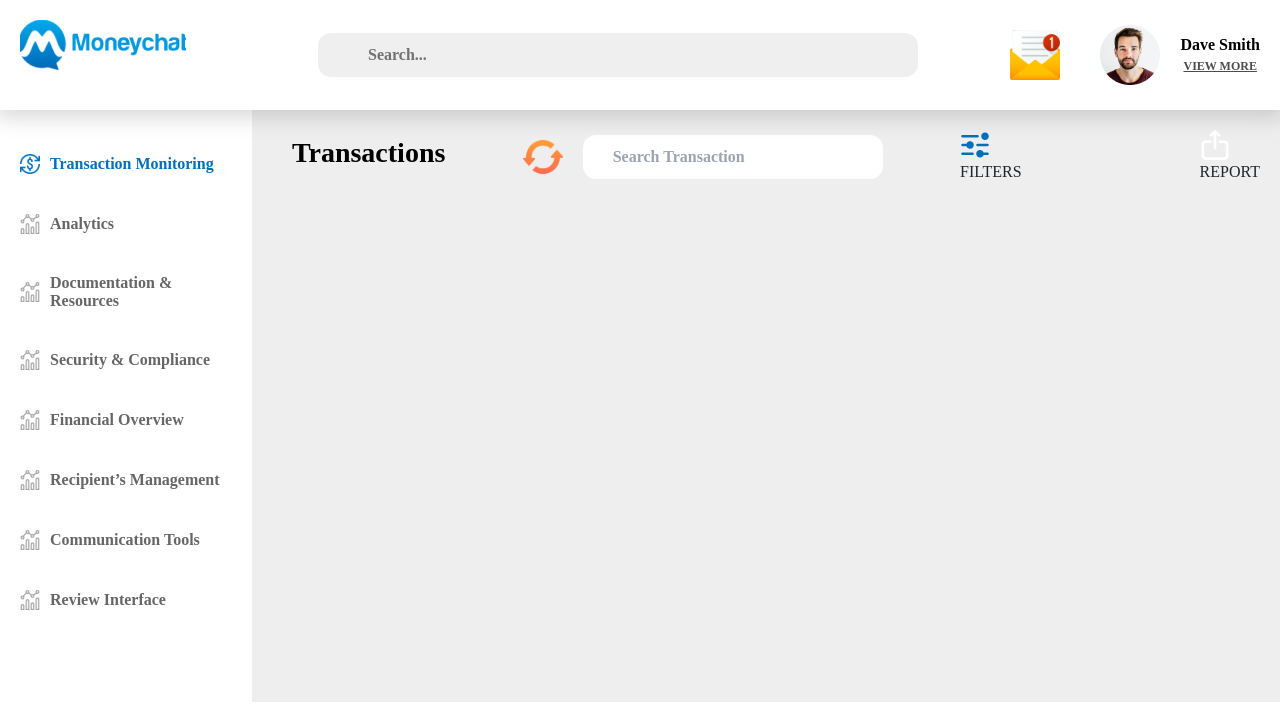
Repository: FlyweisReact/Money-Chat
Page: /transaction
An editor plug-in stored every save of this project. The page is shown before and after the next save, followed by the edit.
The browser window is 1280 px wide. The pictures show the whole page.
The project was rebuilt for these pictures with package versions that can differ from the ones it lists, and the page was loaded fresh each time. Also part of the build but not shown: src/forms/ForgetPassword.js, src/forms/Login.jsx, src/forms/NeedHelp.js, src/forms/Regestration.js, src/forms/Verify.js.

Above is the page before, as saved 2023-11-30 15:35:45.

### src/index.js
import React from "react";
import ReactDOM from "react-dom/client";
import "./index.css";
import App from "./App";
import { BrowserRouter } from "react-router-dom";
import 'bootstrap/dist/css/bootstrap.min.css'
// Commit Changes
const root = ReactDOM.createRoot(document.getElementById("root"));
root.render(
  <React.StrictMode>
    <BrowserRouter>
      <App />
    </BrowserRouter>
  </React.StrictMode>
);

### src/CSS/style.css
/** @format */

.Login_screen {
  background: linear-gradient(
      0deg,
      rgba(238, 238, 238, 0.2) 0%,
      rgba(238, 238, 238, 0.2) 100%
    ),
    #fff;
  display: flex;
  flex-direction: column;
  justify-content: center;
  align-items: center;
  width: 100%;
  height: 100vh;
}
.Login_screen .Login_Container {
  max-width: 667px;
  max-height: 785px;
  width: 100%;
  height: 100%;
  border-radius: 13px;
  background: #fff;
  box-shadow: 0px 10px 30px 3px rgba(0, 0, 0, 0.15);
  padding: 20px;
  padding-bottom: 50px;
}
.Login_screen .Login_Container .logo {
  display: block;
  margin: auto;
  width: 166px;
  margin-top: 40px;
}
.Login_screen .Login_Container .description {
  margin-top: 40px;
}
.Login_screen .Login_Container .description h6 {
  color: #000;
  text-align: center;
  font-size: 32px;
  font-style: normal;
  font-weight: 700;
  line-height: normal;
}

.Login_screen .Login_Container .description p {
  color: rgba(0, 0, 0, 0.7);
  text-align: center;
  font-size: 20px;
  font-style: normal;
  font-weight: 400;
  line-height: normal;
}

.Login_Container .input_container {
  margin-bottom: 50px;
}
.Login_Container .input_container.special {
  max-height: 300px;
  padding-bottom: 50px;
  overflow-y: scroll;
}
.Login_Container .input_group {
  display: flex;
  gap: 10px;
  align-items: center;
  border-radius: 13px;
  background: rgba(238, 238, 238, 0.2);
  box-shadow: 0px 6px 20px 2px rgba(0, 0, 0, 0.15);
  padding: 15px;
  width: 80%;
  margin: auto;
}
.Login_Container .input_group img {
  width: 20px;
}
.Login_Container .input_group input {
  outline: none;
  border: none;
  color: #0070bc;
  font-size: 16px;
  font-style: normal;
  font-weight: 500;
  line-height: normal;
  font-weight: 600;
  width: 80%;
}
.Login_Container .input_group input.without_color {
  color: rgba(0, 0, 0, 0.7);
}
.Login_Container .input_group input.without_color::placeholder {
  color: rgba(0, 0, 0, 0.7);
}
.Login_Container .input_group input::placeholder {
  color: #0070bc;
  font-weight: 600;
}

.Login_Container .login_btn {
  max-width: 250px;
  width: 100%;
  display: block;
  margin: auto;
  margin-top: 40px;
  color: #fff;
  text-align: center;
  font-size: 18px;
  font-style: normal;
  font-weight: 600;
  line-height: normal;
  border-radius: 10px;
  background: linear-gradient(180deg, #fea82f 0%, #fd575b 100%);
  padding: 15px;
}

.Login_Container .create_new {
  display: flex;
  justify-content: center;
  gap: 20px;
  align-items: center;
  margin-top: 50px;
}

.Login_Container .create_new .item {
  display: flex;
  gap: 10px;
  align-items: center;
  width: 300px;
  justify-content: center;
}
.Login_Container .create_new .item img {
  width: 20px;
}
.Login_Container .create_new .item span {
  color: rgba(0, 0, 0, 0.7);
  text-align: center;
  font-size: 16px;
  font-style: normal;
  font-weight: 600;
  line-height: normal;
}

.Login_Container .create_new .item:first-child {
  border-right: 2px solid #000;
  padding-right: 10px;
}

.Login_Container a {
  text-decoration: none;
}

.Login_Container .button_container {
  display: flex;
  justify-content: space-between;
  align-items: center;
  gap: 20px;
}
.Login_Container .button_container button {
  max-width: 250px;
  width: 100%;
  display: block;
  margin: auto;
  color: #fff;
  text-align: center;
  font-size: 18px;
  font-style: normal;
  font-weight: 600;
  line-height: normal;
  border-radius: 10px;
  background: linear-gradient(180deg, #fea82f 0%, #fd575b 100%);
  padding: 15px;
}

.Login_Container .button_container .cancel {
  max-width: 250px;
  width: 100%;
  display: flex;
  gap: 10px;
  align-items: center;
}
.Login_Container .button_container .cancel a {
  font-size: 18px;
  font-style: normal;
  font-weight: 700;
  line-height: normal;
  text-decoration-line: underline;
  background: linear-gradient(180deg, #fea82f 0%, #fd575b 100%);
  background-clip: text;
  -webkit-background-clip: text;
  -webkit-text-fill-color: transparent;
}
.Login_Container .button_container .cancel img {
  width: 30px;
}

.Login_Container .progress_bar {
  border-radius: 10px;
  background: rgba(196, 196, 196, 0.4);
  width: 100%;
  height: 16px;
  margin-top: 40px;
}

.Login_Container .progress_bar .colored {
  width: 33%;
  border-radius: 10px;
  background: linear-gradient(90deg, #fea82f 0%, #fd575b 100%);
  height: 100%;
}
.Login_Container .progress_bar .second_stage {
  width: 80%;
  border-radius: 10px;
  background: linear-gradient(90deg, #fea82f 0%, #fd575b 100%);
  height: 100%;
}

.Login_Container .input_container .heading {
  color: #0070bc;
  font-size: 20px;
  font-style: normal;
  font-weight: 700;
  line-height: normal;
  padding: 20px;
  padding-bottom: 0;
  margin-top: 20px;
}

.Login_Container .whole_button_container {
  border-radius: 13px;
  background: rgba(238, 238, 238, 0.2);
  box-shadow: 0px 6px 20px 2px rgba(0, 0, 0, 0.15);
  width: 90%;
  margin: auto;
  display: flex;
  align-items: center;
  justify-content: space-between;
  padding-left: 20px;
  padding-right: 20px;
  padding: 10px;
  margin-top: 10px;
}

.Login_Container .whole_button_container p {
  margin: 0;
  color: rgba(0, 0, 0, 0.7);
  font-size: 16px;
  font-style: normal;
  font-weight: 600;
  line-height: normal;
}

.Login_Container .whole_button_container button {
  border-radius: 13px;
  background: rgba(0, 170, 234, 0.5);
  width: 200px;
  padding: 10px;
  color: #fff;
  text-align: center;
  font-size: 16px;
  font-style: normal;
  font-weight: 600;
  line-height: normal;
  display: flex;
  justify-content: center;
  align-items: center;
  gap: 20px;
}

.Login_Container .whole_button_container button.img {
  width: 20px;
}

.verify {
  background: #f0f6f5;
  width: 100%;
  height: 100vh;
}
.verify img {
  width: 800px;
  display: block;
  margin: auto;
}
.verify .colored {
  color: rgba(0, 0, 0, 0.7);
  text-align: center;
  font-size: 32px;
  font-style: normal;
  font-weight: 500;
  line-height: normal;
}
.verify p {
  color: rgba(0, 0, 0, 0.6);
  text-align: center;
  font-size: 24px;
  font-style: normal;
  font-weight: 400;
  line-height: normal;
}

.Login_Container .Drop_Links {
  padding: 20px;
}

.Login_Container .Drop_Links div {
  border-bottom: 1px solid rgba(0, 0, 0, 0.6);
  padding: 20px;
  display: flex;
  justify-content: space-between;
  align-items: center;
  cursor: pointer;
  margin-top: 20px;
}
.Login_Container .Drop_Links div span {
  color: rgba(0, 0, 0, 0.6);
  font-size: 16px;
  font-style: normal;
  font-weight: 600;
  line-height: normal;
}
.Login_Container .Drop_Links div i {
  font-size: 18px;
  color: #fea82f;
}

/* Navbar */
.Navbar {
  background: #fff;
  box-shadow: 0px 4px 20px 4px rgba(0, 0, 0, 0.15);
  display: flex;
  justify-content: space-between;
  align-items: center;
  gap: 20px;
  padding: 20px;
  width: 100%;
  position: relative;
  z-index: 2;
}
.Navbar .logo {
  width: 206px;
}

.Navbar .search_bar {
  border-radius: 13px;
  background: rgba(238, 238, 238, 0.93);
  max-width: 600px;
  width: 100%;
  padding: 10px;
  display: flex;
  gap: 20px;
  align-items: center;
  padding-left: 30px;
}

.Navbar .search_bar input {
  background-color: transparent;
  outline: none;
  width: 90%;
  font-size: 16px;
  font-weight: 600;
}

.Navbar .search_bar input::placeholder {
  color: rgba(30, 30, 30, 0.6);
  font-weight: 600;
}

.Navbar .side_div {
  display: flex;
  align-items: center;
  gap: 20px;
  justify-content: space-between;
  max-width: 250px;
  width: 100%;
}

.Navbar .side_div .notify {
  max-width: 50px;
  width: 100%;
}
.Navbar .side_div .content {
  display: flex;
  align-items: center;
  gap: 20px;
}
.Navbar .side_div .content div {
  display: flex;
  flex-direction: column;
  gap: 5px;
  justify-content: center;
  align-items: center;
}
.Navbar .side_div .content div p {
  margin: 0;
  color: #000;
  font-size: 16px;
  font-style: normal;
  font-weight: 600;
  line-height: normal;
}

.Navbar .side_div .content div a {
  color: rgba(0, 0, 0, 0.7);
  font-size: 12px;
  font-style: normal;
  font-weight: 600;
  text-decoration: underline;
  line-height: normal;
}

/* ---- */
.component_style {
  display: flex;
  gap: 20px;
  background: #eee;
}
.sidebar {
  background-color: #fff;
  width: 20%;
}

.sidebar ul {
  display: flex;
  gap: 40px;
  flex-direction: column;
  padding: 20px;
}
.sidebar ul li {
  display: flex;
  align-items: center;
  gap: 10px;
}
.sidebar ul li span.link {
  color: rgba(0, 0, 0, 0.6);
  font-size: 16px;
  font-style: normal;
  font-weight: 600;
  line-height: normal;
}

.sidebar ul li img {
  width: 20px;
}
.sidebar ul a {
  text-decoration: none;
}
.sidebar ul a.active li span.link {
  color: #0070bc;
}

.child_component {
  width: 80%;
  padding: 20px;
  height: 100%;
}

/* ------ */
.Heading_all {
  display: flex;
  justify-content: space-between;
  align-items: center;
}

.Heading_all h5 {
  color: #000;
  font-size: 28px;
  font-style: normal;
  font-weight: 600;
  line-height: normal;
}

.Heading_all .search {
  display: flex;
  gap: 20px;
  align-items: center;
}

.Heading_all .search img {
  width: 40px;
}

.Heading_all .search div {
  display: flex;
  align-items: center;
  gap: 20px;
  background-color: #fff;
  padding: 10px;
  border-radius: 13px;
  width: 300px;
}
.Heading_all .search  input {
  outline: none;
  width: 90%;
  font-size: 16px;
  font-weight: 600;
}

.Heading_all .button_container{
  display: flex;
  gap: 20px;
  justify-content: space-between;
  max-width: 300px;
  width: 100%;
  align-items: center;
}
.Heading_all .button_container

### src/layout/HOC.jsx
/** @format */

import React, { useState } from "react";
import Navbar from "./Navbar";
import Sidebar from "./Sidebar";

const HOC = (Wcomponenet) => {
  return function Component() {
    const [hamb, setHamb] = useState(false);
    return (
      <>
        <div style={{ backgroundColor: "#f2f3f8" }}>
          <Navbar hamb={hamb} setHamb={setHamb} />
        </div>

        <section className="component_style">
          <Sidebar hamb={hamb} setHamb={setHamb} />
          <div
            className="h-[87%] child_component"
            style={{ overflowY: "auto" }}
          >
            {" "}
            <Wcomponenet />
          </div>
        </section>
      </>
    );
  };
};

export default HOC;

### src/layout/Navbar.jsx
/** @format */
import logo from "../Images/logo.png";

const Navbar = () => {
  return (
    <>
      <div className="Navbar">
        <div className="logo">
          <img src={logo} alt="" />
        </div>

        <div className="search_bar">
          <i className="fa-solid fa-magnifying-glass"></i>
          <input type="search" placeholder="Search..." />
        </div>

        <div className="side_div">
          <img src="./Image/13.png" alt="" className="notify" />

          <div className="content">
            <img src="./Image/12.png" alt="" />
            <div>
              <p className="head">Dave Smith</p>
              <a>VIEW MORE </a>
            </div>
          </div>

        </div>


      </div>
    </>
  );
};

export default Navbar;

### src/layout/Sidebar.jsx
/** @format */

import React from "react";
import { Link, useLocation, useNavigate } from "react-router-dom";
import { toast } from "react-toastify";

const Sidebar = () => {
  const navigate = useNavigate();
  const location = useLocation();

  const nav = [
    {
      img: "./Image/14.svg",
      activeImg: "./Image/Monitoring.svg",
      link: "/transaction",
      name: "Transaction Monitoring",
    },
    {
      img: "./Image/Analytics.svg",
      activeImg: "./Image/Analyticsactive.svg",
      link: "/Product",
      name: "Analytics ",
    },

    {
      img: "./Image/Analytics.svg",
      activeImg: "./Image/Analyticsactive.svg",
      link: "/service",
      name: "Documentation & Resources",
    },
    {
      img: "./Image/Analytics.svg",
      activeImg: "./Image/Analyticsactive.svg",
      link: "/gallery",
      name: "Security & Compliance",
    },
    {
      img: "./Image/Analytics.svg",
      activeImg: "./Image/Analyticsactive.svg",
      link: "/getblog",
      name: "Financial Overview",
    },
    {
      img: "./Image/Analytics.svg",
      activeImg: "./Image/Analyticsactive.svg",
      link: "/privacy-policy",
      name: "Recipient’s Management",
    },
    {
      img: "./Image/Analytics.svg",
      activeImg: "./Image/Analyticsactive.svg",
      link: "/terms",
      name: "Communication Tools",
    },
    {
      img: "./Image/Analytics.svg",
      activeImg: "./Image/Analyticsactive.svg",
      link: "/brand",
      name: "Review Interface",
    },
  ];

  const logOut = () => {
    localStorage.clear();
    navigate("/");
    toast.success("Logged Out");
  };

  function ImgFinder(i) {
    if (i.link === location.pathname) {
      return i.activeImg;
    } else {
      return i.img;
    }
  }

  return (
    <>
      <aside className="sidebar">
        <nav className="py-6">
          <ul>
            {nav.map((nav) => {
              return (
                <Link
                  to={nav.link}
                  key={nav.name}
                  className={`Links ${
                    nav.link === location.pathname ? "active" : ""
                  }`}
                >
                  <li>
                    <img src={ImgFinder(nav)} alt="" />
                    <span className="link"> {nav.name}</span>
                  </li>
                </Link>
              );
            })}
          </ul>

          <span
            className="flex my-3 items-center cursor-pointer text-gray-900    tracking-wider p-2 rounded-sm"
            onClick={() => logOut()}
            style={{ color: "#FFF", textTransform: "uppercase" }}
          ></span>
        </nav>
      </aside>
    </>
  );
};

export default Sidebar;

Loaded but not shown: tailwind.config.js (common file); src/App.js (46 lines, source omitted); src/pages/Transaction/Transaction.js (35 lines, source omitted); src/index.css (919 lines, source omitted)

After the next save:
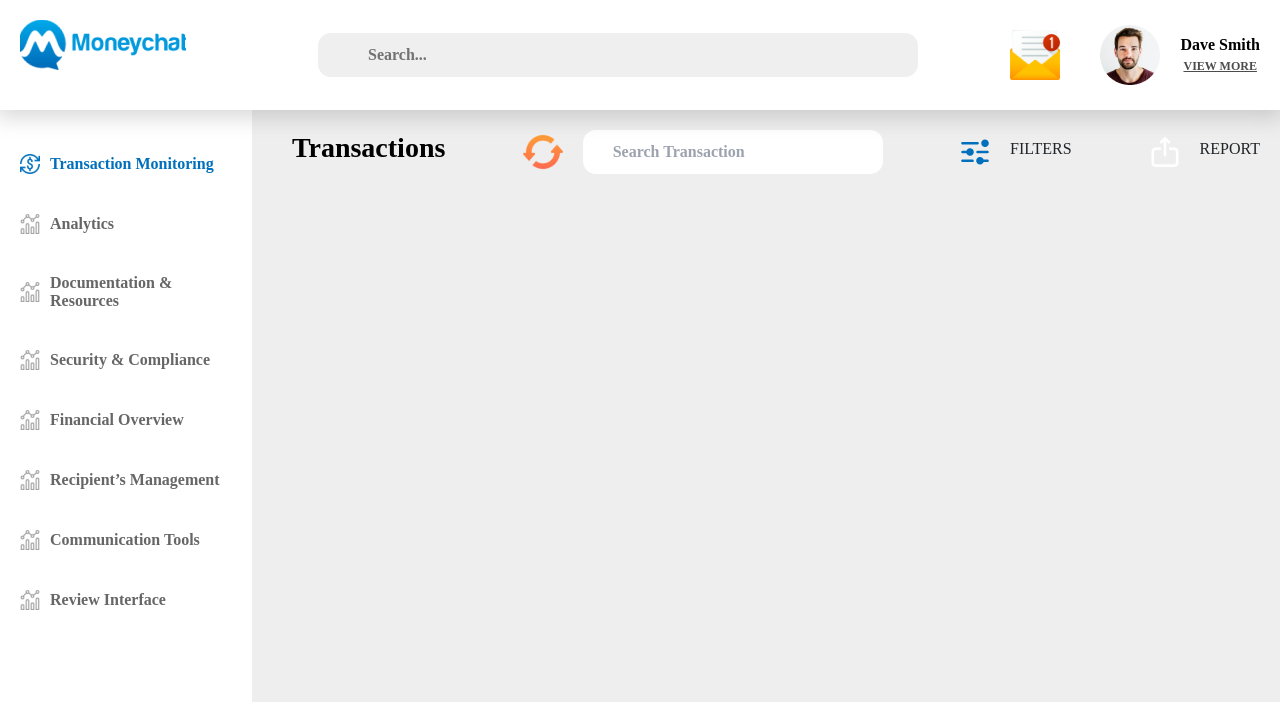
Saved 7 s later.
--- a/src/CSS/style.css
+++ b/src/CSS/style.css
@@ -502,4 +502,7 @@
   width: 100%;
   align-items: center;
 }
-.Heading_all .button_container
+.Heading_all .button_container button{
+  display: flex;
+  gap: 20px;
+}
